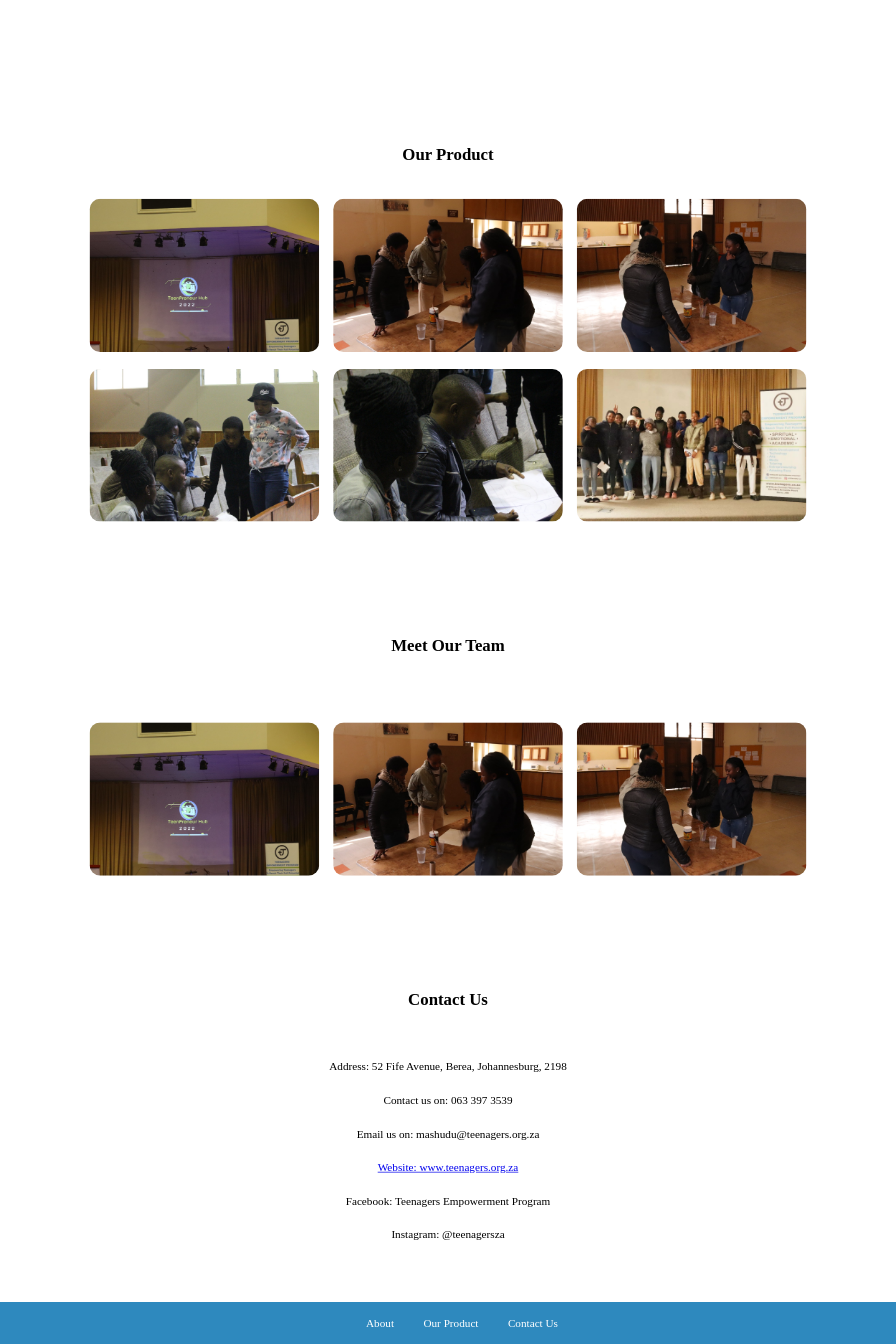
Repository: chadrackkyungu/4-BCT-TPH-Website
Page: index.html
The author's editor kept a copy of each file at every save. The page is drawn from the files as they stood at one save, then again after the next save.
The browser window is 1280 px wide. The pictures show the part of the page from y = 1710 to 3630 px (the page is 3630 px tall), at 70% of full size.

Above is the page before, as saved 2022-10-21 09:41:45.

### index.html
<!DOCTYPE html>
<html lang="en">

<head>
    <meta charset="UTF-8">
    <meta http-equiv="X-UA-Compatible" content="IE=edge">
    <meta name="viewport" content="width=device-width, initial-scale=1.0">
    <title> TPH LAB </title>
    <link rel="stylesheet" href="/src/css/style.css">
</head>

<body>

    <div class="navigation">
        <div class="logocontainer">
            <img class="image1" src="./src/images/logo.png" alt="">
        </div>

        <ul class="nav-link">
            <a href="#about">
                <li>About Us</li>
            </a>
            <a href="#product">
                <li>Our Product</li>
            </a>

            <a href="#teams">
                <li>Our Teams</li>
            </a>

            <a href="#contact">
                <li>Contact Us</li>
            </a>
        </ul>
    </div>

    <div class="section1">
        <h2 class="title"> TEEN PRENEUR HUB 2022</h2>

        <div class="image-container">
            <img src="./src/images/img-2.jpeg" alt="">
        </div>
    </div>

    <div class="section1">
        <a id="about">
            <h2 class="title"> About Us</h2>
        </a>

        <div class="aboutcontainer">
            <div class="image-container">
                <img src="./src/images/img-4.jpeg" alt="">
            </div>


            <div class="contentcontainer">
                <h2>The Teenpreneur Hub</h2>

                <p>The Teenpreneur Hub is a teenage-based organisation with students that are built by the future. We aim to impact lives while making money. We do this through skills based learning in the disciplines of Technology, where we learn to create
                    websites such as this one that was created by the students of the Technology Hub, Media where we learn about photography and produce quality photos such as the ones posted on this webpage as well as Arts where we learn to do Graphic
                    Designing of Business Logos such as our Teenpreneur Hub logo.</p>

                <h2>Q-Leds</h2>

                <p>Q-Leds is a teenage-based business that was started by the students of the TeenPreneur Hub as part of their Entrepreneurial learning. Q-Leds is a project that was started to solve the problem of load shedding that is currently plaguing
                    the country. Q-Leds is a light system that helps young people overcome the current load shedding problem by giving them a source of light to study at night. It also features a charging port and speakers as well as a holographic feature
                    which is our unique selling feature of the Q-Leds lighting system. It is built by the youth for the youth.
                </p>

            </div>

        </div>
    </div>

    <div class="section1">
        <a id="product">
            <h2 class="title">Our Product</h2>
        </a>


        <div class="productcontainer">
            <div class="prductimagecontainer">
                <img src="./src/images/img-4.jpeg" alt="">
            </div>
            <div class="prductimagecontainer">
                <img src="./src/images/img-5.jpeg" alt="">
            </div>
            <div class="prductimagecontainer">
                <img src="./src/images/img-6.jpeg" alt="">
            </div>
            <div class="prductimagecontainer">
                <img src="./src/images/img-7.jpeg" alt="">
            </div>
            <div class="prductimagecontainer">
                <img src="./src/images/img-8.jpeg" alt="">
            </div>
            <div class="prductimagecontainer">
                <img src="./src/images/img-9.jpeg" alt="">
            </div>

        </div>
    </div>


    <div class="section1">
        <a id="teams">
            <h2 class="title">Meet Our Team</h2>
        </a>

        <div class="teamcontainer">
            <div class="prductimagecontainer">
                <img src="./src/images/img-4.jpeg" alt="">
            </div>
            <div class="prductimagecontainer">
                <img src="./src/images/img-5.jpeg" alt="">
            </div>
            <div class="prductimagecontainer">
                <img src="./src/images/img-6.jpeg" alt="">
            </div>
        </div>
    </div>

    <div class="section1">
        <a id="contact">
            <h2 class="title"> Contact Us</h2>
        </a>

        <div class="contactcontainer">
            <div class="contactcontent">
                <P>Address: 52 Fife Avenue, Berea, Johannesburg, 2198</P>
                <p>Contact us on: 063 397 3539</p>
                <p>Email us on: mashudu@teenagers.org.za</p>
                <p><a href="https://teenagers.org.za/" target=" "> Website: www.teenagers.org.za </a></p>
                <p>Facebook: Teenagers Empowerment Program</p>
                <p>Instagram: @teenagersza</p>
            </div>
        </div>
    </div>

    <div class="navigation">
        <ul class="nav-link">
            <a href="#about">
                <li>About</li>
            </a>
            <a href="#product">
                <li>Our Product</li>
            </a>
            <a href="#contact">
                <li>Contact Us</li>
            </a>
        </ul>
    </div>
</body>
<html>

### src/css/style.css
html,
body {
    box-sizing: 0;
    margin: 0;
    padding: 0;
}

p {
    line-height: 2em;
}


/* NAVBAR */

.navigation {
    background-color: #2e89be;
    display: flex;
    justify-content: space-around;
    align-items: center;
}

.image1 {
    width: 100px;
}

.nav-link {
    display: flex;
    gap: 2em;
}

.nav-link li {
    list-style-type: none;
    padding: 5px;
    color: white;
}

.nav-link a {
    text-decoration: none !important;
}


/* SECTION 1 */

.section1 {
    width: 80%;
    margin: 0 auto;
}

img {
    border-radius: 15px;
}

.title {
    text-align: center;
    margin-bottom: 50px;
    margin-top: 50px;
}

.image-container {
    width: 100%;
    height: 100vh;
}

.image-container img {
    width: 100%;
    height: 65% !important;
}

.aboutcontainer {
    display: flex;
    justify-content: space-between;
    /* align-items: center; */
    /* border: 5px solid red; */
}

.aboutcontainer .image-container {
    margin-top: 5em;
}

.contentcontainer {
    margin-left: 60px;
    width: 100%;
    /* border: 5px solid #00ff2a; */
}

.productcontainer {
    display: grid;
    grid-template-columns: 1fr 1fr 1fr;
    gap: 20px;
    margin-bottom: 10em;
}

.teamcontainer {
    display: grid;
    grid-template-columns: 1fr 1fr 1fr;
    gap: 20px;
    margin-top: 6em;
    margin-bottom: 10em;
}

.prductimagecontainer {
    width: 100%;
}

.prductimagecontainer img {
    width: 100%;
}

.contactcontainer {
    display: flex;
    justify-content: center;
    align-items: center;
    margin-bottom: 4em;
}

.contactcontent {
    margin: auto 0;
    text-align: center;
}

.logocontainer {
    width: 10%;
}

.logocontainer img {
    width: 50%;
    border-radius: 100%;
}

After the next save:
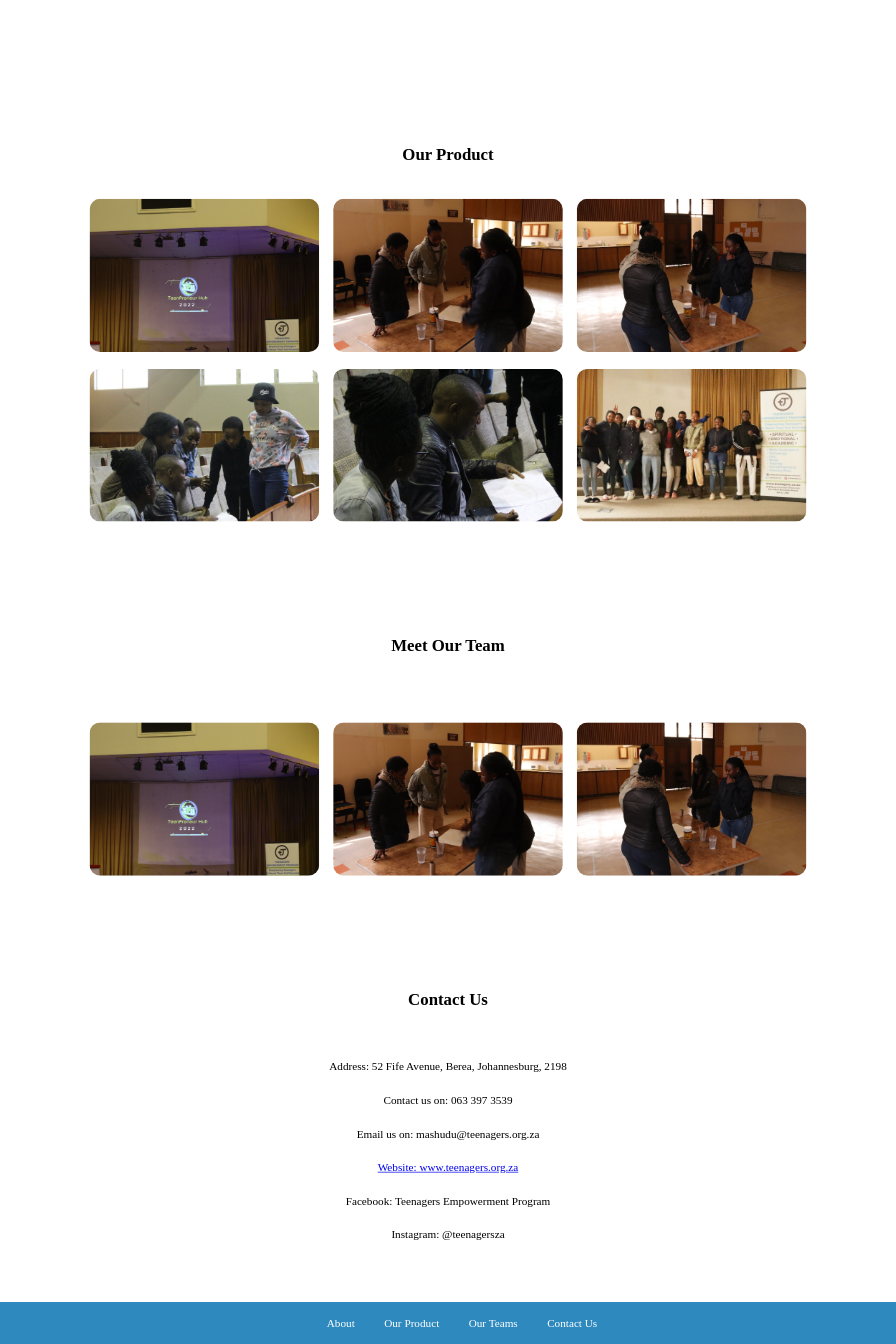
Saved 39 s later.
--- a/index.html
+++ b/index.html
@@ -145,6 +145,9 @@
             <a href="#product">
                 <li>Our Product</li>
             </a>
+            <a href="#teams">
+                <li>Our Teams</li>
+            </a>
             <a href="#contact">
                 <li>Contact Us</li>
             </a>
